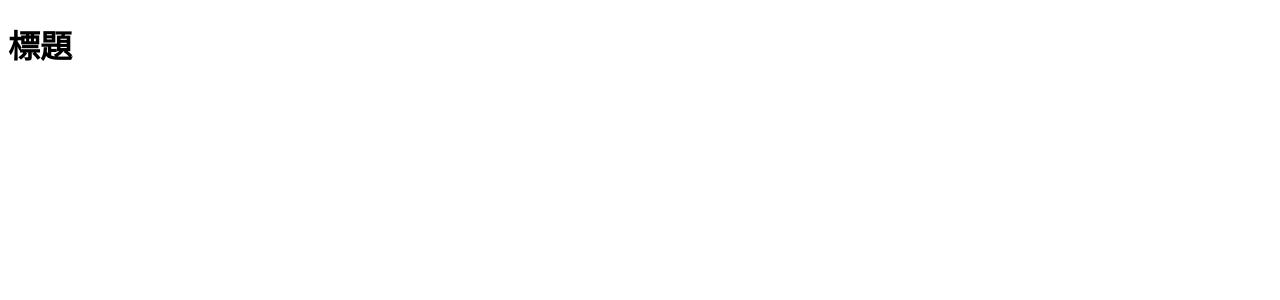
Repository: ray1999880301/project0809
Page: index.html
An editor plug-in stored every save of this project. The page is shown before and after the next save, followed by the edit.
The browser window is 1280 px wide. The pictures show the whole page.

Above is the page before, as saved 2021-08-09 20:55:05.

### index.html
<!DOCTYPE html>
<html lang="en">
    <head>
        <title>project</title>
        <meta charset="utf-8">
        <meta http-equiv="Content-Type" content="text/html; charset=gb2312" />
        <link rel="stylesheet" type="text/css" href="./index.css" />
    </head>

    <body>
        <h1>標題</h1>
    </body>
</html>

### index.css
.body {
    color:black;
}
.h1 {
    color:red;
    border: red;
}

After the next save:
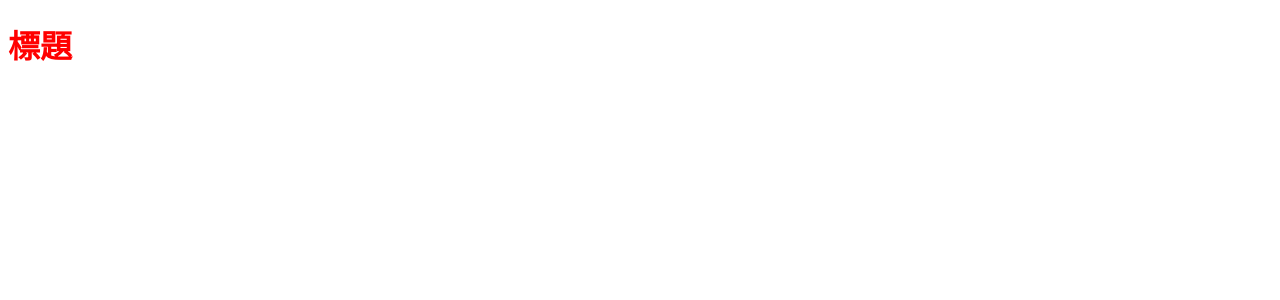
Saved 30 s later.
--- a/index.css
+++ b/index.css
@@ -1,7 +1,7 @@
 .body {
     color:black;
 }
-.h1 {
+h1 {
     color:red;
     border: red;
 }
